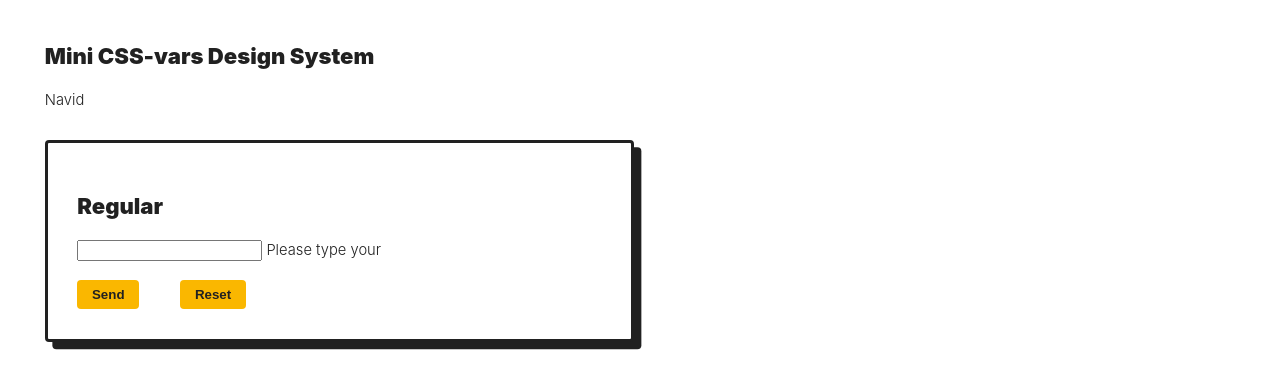
Repository: navid-amini12/capstone-1
Page: quiz.html
An editor plug-in stored every save of this project. The page is shown before and after a run of saves, followed by the edit.
The browser window is 1280 px wide. The pictures show the whole page.
Some web fonts or font styles are not loaded; a fallback is used.

Above is the page before, as saved 2022-05-17 12:22:07.

### quiz.html

<head>
    <link rel="stylesheet" href="quiz.css">
    </head>

<article class="l-design-widht">
    <h1>Mini CSS-vars Design System</h1>

   <p>Navid</p>

    <div class="card">
      <h2><svg class="icon" aria-hidden="true">
        <h2>Regular</h2>
      <label class="input">
        <input class="input__field" type="text" placeholder=" " />
        <span class="input__label">Please type your</span>
      </label>
      <div class="button-group">
        <button>Send</button>
        <button type="reset">Reset</button>
      </div>
    </div>



  <svg xmlns="http://www.w3.org/2000/svg" class="hidden">
    <symbol id="icon-coffee" viewBox="0 0 20 20">
      <title>icon-coffee</title>
      <path fill="currentColor" d="M15,17H14V9h3a3,3,0,0,1,3,3h0A5,5,0,0,1,15,17Zm1-6v3.83A3,3,0,0,0,18,12a1,1,0,0,0-1-1Z"/>
      <rect fill="currentColor" x="1" y="7" width="15" height="12" rx="3" ry="3"/>
      <path fill="var(--color-accent)" d="M7.07,5.42a5.45,5.45,0,0,1,0-4.85,1,1,0,0,1,1.79.89,3.44,3.44,0,0,0,0,3.06,1,1,0,0,1-1.79.89Z"/>
      <path fill="var(--color-accent)" d="M3.07,5.42a5.45,5.45,0,0,1,0-4.85,1,1,0,0,1,1.79.89,3.44,3.44,0,0,0,0,3.06,1,1,0,1,1-1.79.89Z"/>
      <path fill="var(--color-accent)" d="M11.07,5.42a5.45,5.45,0,0,1,0-4.85,1,1,0,0,1,1.79.89,3.44,3.44,0,0,0,0,3.06,1,1,0,1,1-1.79.89Z"/>
    </symbol>
  </svg>

### quiz.css
@import url('https://rsms.me/inter/inter.css');

:root {
  --color-light: white;
  --color-dark: #212121;
  --color-signal: #fab700;

  --color-background: var(--color-light);
  --color-text: var(--color-dark);
  --color-accent: var(--color-signal);

  --size-bezel: .5rem;
  --size-radius: 4px;

  line-height: 1.4;

  font-family: 'Inter', sans-serif;
  font-size: calc(.6rem + .4vw);
  color: var(--color-text);
  background: var(--color-background);
  font-weight: 300;
  padding: 0 calc(var(--size-bezel) * 3);
}

h1, h2, h3 {
  font-weight: 900;
}

mark {
  background: var(--color-accent);
  color: var(--color-text);
  font-weight: bold;
  padding: 0 0.2em;
}

.card {
  background: var(--color-background);
  padding: calc(4 * var(--size-bezel));
  margin-top: calc(4 * var(--size-bezel));
  border-radius: var(--size-radius);
  border: 3px solid var(--color-shadow, currentColor);
  box-shadow: .5rem .5rem 0 var(--color-shadow, currentColor);




  *:first-child {
    margin-top: 0;
  }
}


.l-design-widht {
  max-width: 40rem;
  padding: 1rem;
}

.input {
  position: relative;

  &__label {
    position: absolute;
    left: 0;
    top: 0;
    padding: calc(var(--size-bezel) * 0.75) calc(var(--size-bezel) * .5);
    margin: calc(var(--size-bezel) * 0.75 + 3px) calc(var(--size-bezel) * .5);
    background: pink;
    white-space: nowrap;
    transform: translate(0, 0);
    transform-origin: 0 0;
    background: var(--color-background);
    transition: transform 120ms ease-in;
    font-weight: bold;
    line-height: 1.2;
  }
  &__field {
    box-sizing: border-box;
    display: block;
    width: 100%;
    border: 3px solid currentColor;
    padding: calc(var(--size-bezel) * 1.5) var(--size-bezel);
    color: currentColor;
    background: transparent;
    border-radius: var(--size-radius);


    &:not(:placeholder-shown) {
      & + .input__label {
        transform: translate(.25rem, -65%) scale(.8);
        color: var(--color-accent);
      }
    }
  }
}


.button-group {
  margin-top: calc(var(--size-bezel) * 2.5);
}

button {
  color: currentColor;
  padding: var(--size-bezel) calc(var(--size-bezel) * 2);
  background: var(--color-accent);
  border: none;
  border-radius: var(--size-radius);
  font-weight: 900;


}

button + button {
  margin-left: calc(var(--size-bezel) * 5);
}

.icon {
  display: inline-block;
  height: 0em;
  margin-right: .5em;
}

After the next 7 saves:
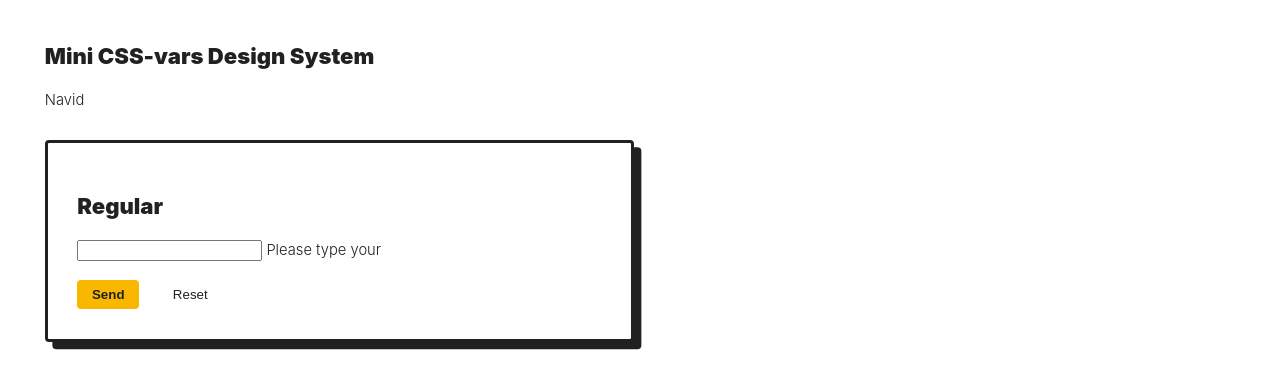
The 7 saves are shown as one change because they came seconds apart.
The last was saved 18 s later.
--- a/quiz.css
+++ b/quiz.css
@@ -83,7 +83,7 @@ mark {
     background: transparent;
     border-radius: var(--size-radius);
 
-
+    &:focus,
     &:not(:placeholder-shown) {
       & + .input__label {
         transform: translate(.25rem, -65%) scale(.8);
@@ -106,11 +106,14 @@ button {
   border-radius: var(--size-radius);
   font-weight: 900;
 
-
+  &[type=reset]{
+    background: var(--color-background);
+    font-weight: 200;
+  }
 }
 
 button + button {
-  margin-left: calc(var(--size-bezel) * 5);
+  margin-left: calc(var(--size-bezel) * 2);
 }
 
 .icon {

After the save that followed:
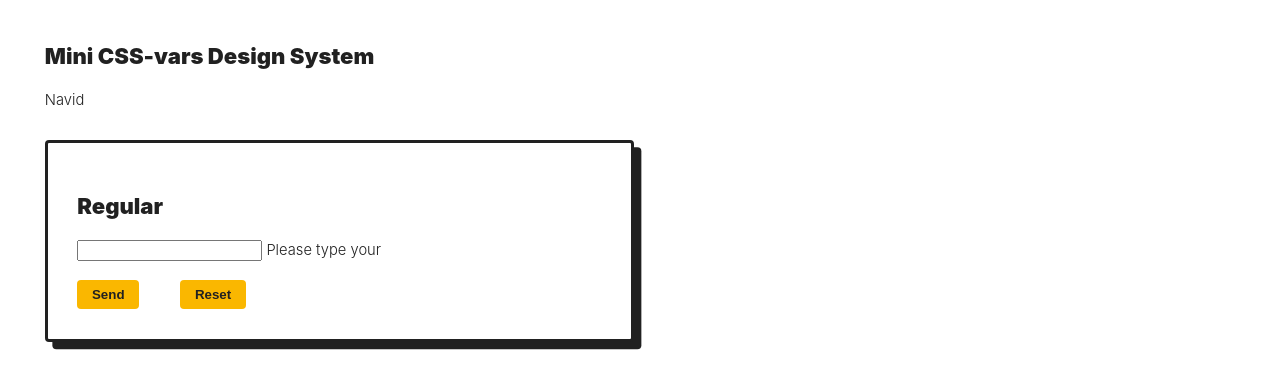
Saved 15 s later.
--- a/quiz.css
+++ b/quiz.css
@@ -83,13 +83,13 @@ mark {
     background: transparent;
     border-radius: var(--size-radius);
 
-    &:focus,
-    &:not(:placeholder-shown) {
+
+
       & + .input__label {
         transform: translate(.25rem, -65%) scale(.8);
         color: var(--color-accent);
       }
-    }
+
   }
 }
 
@@ -106,14 +106,11 @@ button {
   border-radius: var(--size-radius);
   font-weight: 900;
 
-  &[type=reset]{
-    background: var(--color-background);
-    font-weight: 200;
-  }
+
 }
 
 button + button {
-  margin-left: calc(var(--size-bezel) * 2);
+  margin-left: calc(var(--size-bezel) * 5);
 }
 
 .icon {
